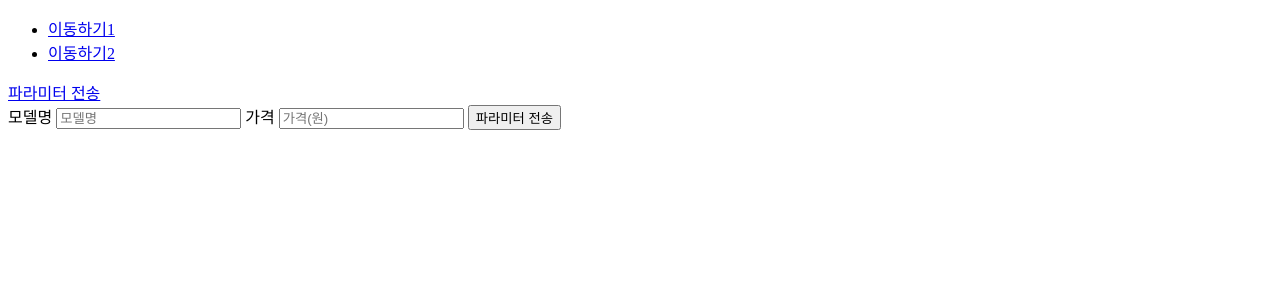
Repository: WONDongin/GoodeeAcademy_JAVA
Page: jsp_study/servletStudy/src/main/webapp/ex03_parameter/client.html
An editor plug-in stored every save of this project. The page is shown before and after the next save, followed by the edit.
The browser window is 1280 px wide. The pictures show the whole page.

Above is the page before, as saved 2025-04-01 03:04:45.

### jsp_study/servletStudy/src/main/webapp/ex03_parameter/client.html
<!DOCTYPE html>
<!-- /webapp/ex03_parameter/client.html -->
<html>
	<head>
	<meta charset="UTF-8">
	<title>Client</title>
	</head>
	<body>
		<ul>
			<li><a href="http://localhost:8080/servletStudy/GetServlet">이동하기1</a></li>
			<li><a href="/servletStudy/GetServlet">이동하기2</a></li>
		</ul>
		<div>
			<a href="/servletStudy/GetServlet?model=냉장고&price=200">파라미터 전송</a>
		</div>
		<div>
			<form action="/servletStudy/GetServlet">
				<!-- name: 파라미터값 -->
				<label for="model">모델명</label>
				<input type="text" id="model" name="model" placeHolder="모델명">
				<label for="price">가격</label>
				<input type="text" id="price" name="price" placeHolder="가격(원)">
				<button type="submit">파라미터 전송</button>
			</form>
		</div>
	</body>
</html>

After the next save:
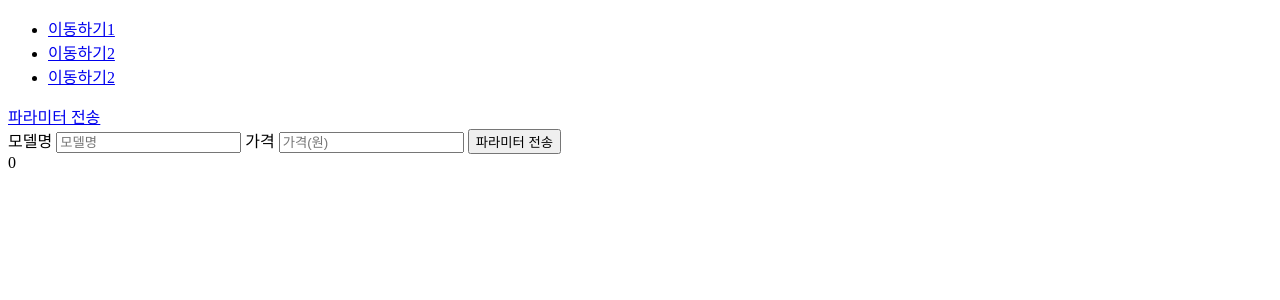
Saved 2 min 10 s later.
--- a/jsp_study/servletStudy/src/main/webapp/ex03_parameter/client.html
+++ b/jsp_study/servletStudy/src/main/webapp/ex03_parameter/client.html
@@ -9,6 +9,7 @@
 		<ul>
 			<li><a href="http://localhost:8080/servletStudy/GetServlet">이동하기1</a></li>
 			<li><a href="/servletStudy/GetServlet">이동하기2</a></li>
+			<li><a href="/GetServlet">이동하기2</a></li>
 		</ul>
 		<div>
 			<a href="/servletStudy/GetServlet?model=냉장고&price=200">파라미터 전송</a>
@@ -24,4 +25,4 @@
 			</form>
 		</div>
 	</body>
-</html>
+</html>0
